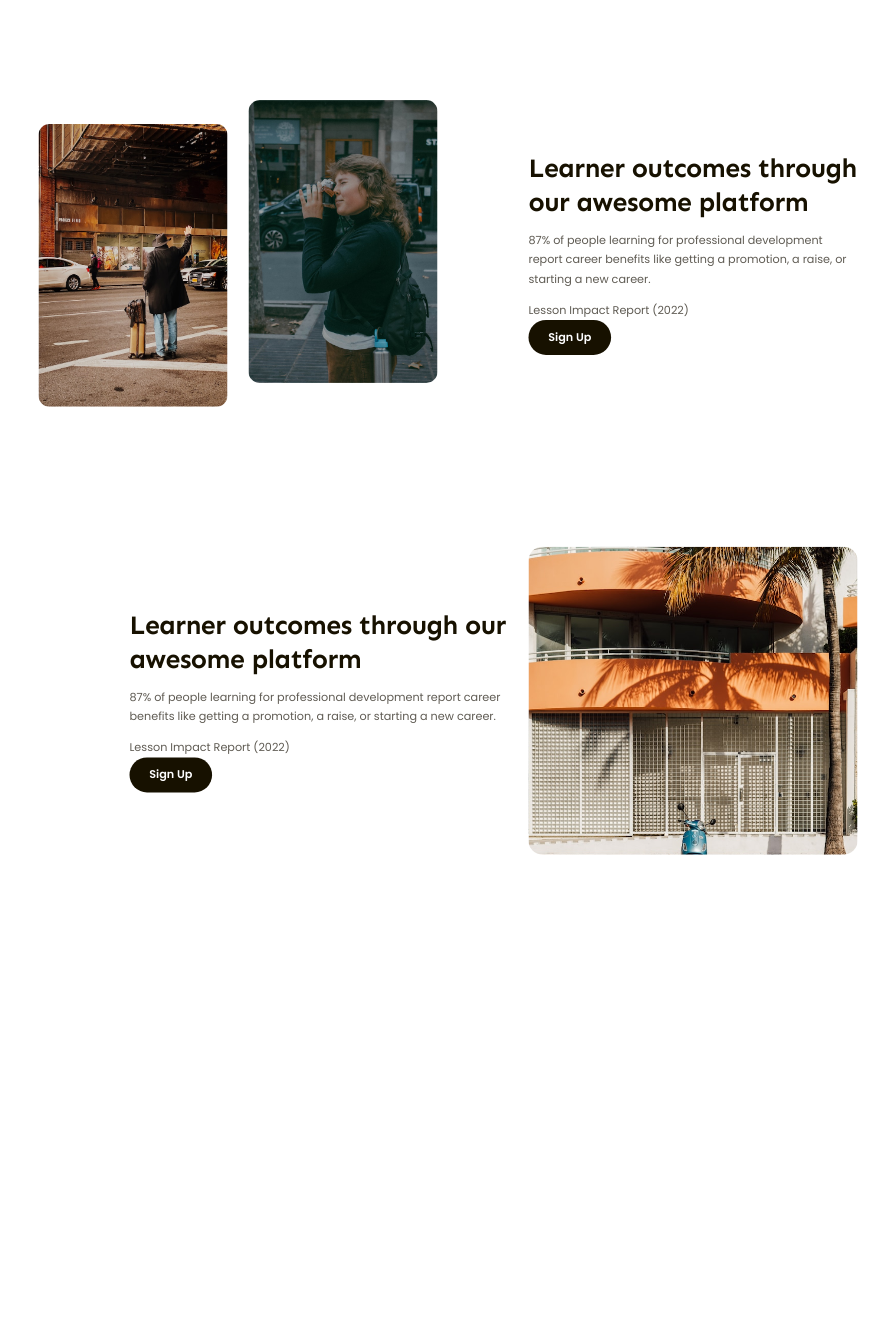
Repository: empty24062002/f8-htmlcss-02-pratice
Page: index.html
These files come from the project's save history. The page is drawn as it stood at one moment and after the next save; the edit follows.
The browser window is 1280 px wide. The pictures show the part of the page from y = 2360 to 4280 px (the page is 5187 px tall), at 70% of full size.
Pictures or frames that could not be fetched are drawn as grey boxes. A picture or video elsewhere on the page could not be fetched, so the positions and the page height are approximate.

Above is the page before, as saved 2023-07-20 09:05:32.

### index.html
<!DOCTYPE html>
<html lang="en">
    <head>
        <meta charset="UTF-8" />
        <meta name="viewport" content="width=device-width, initial-scale=1.0" />
        <title>F8 Project 02 Practice</title>
        <!-- Reset CSS -->
        <link rel="stylesheet" href="./assets/css/reset.css" />
        <!-- Embed font -->
        <link rel="preconnect" href="https://fonts.googleapis.com" />
        <link rel="preconnect" href="https://fonts.gstatic.com" crossorigin />
        <link
            href="https://fonts.googleapis.com/css2?family=Poppins:wght@400;500;600;700&family=Sen:wght@700&display=swap"
            rel="stylesheet"
        />
        <link rel="stylesheet" href="./assets/css/styles.css" />
    </head>
    <body>
        <!-- Header -->
        <header class="header fixed">
            <div class="main-content">
                <div class="body">
                    <img
                        src="./assets/img/logo.svg"
                        alt="lesson."
                        class="logo"
                    />
                    <!-- nav -->
                    <nav class="nav">
                        <ul>
                            <li class="active">
                                <a href="#!">Home</a>
                            </li>
                            <li>
                                <a href="#!">Courses</a>
                            </li>
                            <li>
                                <a href="#!">Pricing</a>
                            </li>
                            <li>
                                <a href="#!">Reviews</a>
                            </li>
                        </ul>
                    </nav>
                    <!-- Action -->
                    <div class="action">
                        <a href="#!" class="btn sign-up-btn">Sign Up</a>
                    </div>
                </div>
            </div>
        </header>
        <main style="height: 5000px">
            <!-- hero -->
            <div class="hero">
                <div class="main-content">
                    <div class="hero-body">
                        <!-- Hero left -->
                        <div class="media-block">
                            <img
                                src="./assets/img/hero-media.jpg"
                                alt="Learn without limits and spread knowledge."
                                class="img"
                            />
                            <div class="hero-summary">
                                <!-- Item 1 -->
                                <div class="item">
                                    <div class="icon">
                                        <img
                                            src="./assets/icons/icon1.svg"
                                            alt=""
                                        />
                                    </div>
                                    <div class="info">
                                        <p class="lable">20 Courses</p>
                                        <p class="title">UI/UX Design</p>
                                    </div>
                                </div>
                                <!-- Item 2 -->
                                <div class="item">
                                    <div class="icon">
                                        <img
                                            src="./assets/icons/icon2.svg"
                                            alt=""
                                        />
                                    </div>
                                    <div class="info">
                                        <p class="lable">20 Courses</p>
                                        <p class="title">Development</p>
                                    </div>
                                </div>
                                <!-- Item 3 -->
                                <div class="item">
                                    <div class="icon">
                                        <img
                                            src="./assets/icons/icon 3.svg"
                                            alt=""
                                        />
                                    </div>
                                    <div class="info">
                                        <p class="lable">30 Courses</p>
                                        <p class="title">Marketing</p>
                                    </div>
                                </div>
                            </div>
                        </div>
                        <!-- Hero right -->
                        <div class="content-block">
                            <h1 class="heading lv1">
                                Learn without limits and spread knowledge.
                            </h1>
                            <p class="desc">
                                Build new skills for that “this is my year”
                                feeling with courses, certificates, and degrees
                                from world-class universities and companies.
                            </p>
                            <div class="cta-group">
                                <a href="" class="btn cta-btn">See Courses</a>
                                <button class="watch-video">
                                    <div class="icon">
                                        <img
                                            src="./assets/icons/watch-video.svg"
                                            alt=""
                                        />
                                    </div>
                                    <span>Watch video</span>
                                </button>
                            </div>
                            <p class="desc">Recent engagement</p>
                            <p class="desc stats">
                                <strong>50K</strong> Students
                                <strong>70+</strong> Courses
                            </p>
                        </div>
                    </div>
                </div>
            </div>
            <!-- Popular -->
            <div class="popular">
                <div class="main-content">
                    <div class="popular-top">
                        <div class="info">
                            <h2 class="heading lv2">Our popular courses</h2>
                            <p class="desc">
                                Build new skills with new trendy courses and
                                shine for the next future career.
                            </p>
                        </div>
                        <div class="controls">
                            <button class="control-btn">
                                <svg
                                    width="8"
                                    height="14"
                                    viewBox="0 0 8 14"
                                    fill="none"
                                    xmlns="http://www.w3.org/2000/svg"
                                >
                                    <path
                                        d="M7 1L1 7L7 13"
                                        stroke="currentColor"
                                        stroke-linecap="round"
                                        stroke-linejoin="round"
                                    />
                                </svg>
                            </button>
                            <button class="control-btn">
                                <svg
                                    width="8"
                                    height="14"
                                    viewBox="0 0 8 14"
                                    fill="none"
                                    xmlns="http://www.w3.org/2000/svg"
                                >
                                    <path
                                        d="M1 1L7 7L1 13"
                                        stroke="currentColor"
                                        stroke-linecap="round"
                                        stroke-linejoin="round"
                                    />
                                </svg>
                            </button>
                        </div>
                    </div>
                    <div class="course-list">
                        <!-- Course item 1 -->
                        <div class="course-item">
                            <a href="#!">
                                <img
                                    src="./assets/img/popular-1.jpg"
                                    alt=""
                                    class="thumb"
                                />
                            </a>
                            <div class="info">
                                <div class="head">
                                    <h3 class="title">
                                        <a href="" class="line-clamp break-all"
                                            >Basic web design</a
                                        >
                                    </h3>
                                    <div class="rating">
                                        <img
                                            src="./assets/icons/star.svg"
                                            alt=""
                                            class="star"
                                        />
                                        <span class="value">4.5</span>
                                    </div>
                                </div>
                                <p class="desc line-clamp line-2 break-all">
                                    Get the best course, gain knowledge and
                                    shine for your future career.
                                </p>
                                <div class="foot">
                                    <span class="price"> $120.75 </span>
                                    <a href="#!" class="btn book-btn"
                                        >Book Now</a
                                    >
                                </div>
                            </div>
                        </div>
                        <!-- Course item 2 -->
                        <div class="course-item">
                            <a href="#!">
                                <img
                                    src="./assets/img/popular-2.jpg"
                                    alt=""
                                    class="thumb"
                                />
                            </a>
                            <div class="info">
                                <div class="head">
                                    <h3 class="title">
                                        <a
                                            href="#!"
                                            class="line-clamp break-all"
                                            >UI/UX design</a
                                        >
                                    </h3>
                                    <div class="rating">
                                        <img
                                            src="./assets/icons/star.svg"
                                            alt=""
                                            class="star"
                                        />
                                        <span class="value">4.5</span>
                                    </div>
                                </div>
                                <p class="desc line-clamp line-2 break-all">
                                    Get the best course, gain knowledge and
                                    shine for your future career.
                                </p>
                                <div class="foot">
                                    <span class="price"> $120.75 </span>
                                    <a href="#!" class="btn book-btn"
                                        >Book Now</a
                                    >
                                </div>
                            </div>
                        </div>
                        <!-- Course Item 3 -->
                        <div class="course-item">
                            <a href="#!">
                                <img
                                    src="./assets/img/popular-3.jpg"
                                    alt=""
                                    class="thumb"
                                />
                            </a>
                            <div class="info">
                                <div class="head">
                                    <h3 class="title">
                                        <a
                                            href="#!"
                                            class="line-clamp break-all"
                                            >Basic web design</a
                                        >
                                    </h3>
                                    <div class="rating">
                                        <img
                                            src="./assets/icons/star.svg"
                                            alt=""
                                            class="star"
                                        />
                                        <span class="value">4.5</span>
                                    </div>
                                </div>
                                <p class="desc line-clamp line-2 break-all">
                                    Get the best course, gain knowledge and
                                    shine for your future career.
                                </p>
                                <div class="foot">
                                    <span class="price"> $120.75 </span>
                                    <a href="#!" class="btn book-btn"
                                        >Book Now</a
                                    >
                                </div>
                            </div>
                        </div>
                    </div>
                </div>
            </div>
            <!-- Feedback -->
            <div class="feedback">
                <div class="main-content">
                    <div class="feedback-list">
                        <!-- Item 1 -->
                        <div class="feedback-item">
                            <div class="info">
                                <img
                                    src="./assets/img/avatar.jpg"
                                    alt="Peter Moor"
                                    class="avatar"
                                />
                                <p class="title">Peter Moor</p>
                                <p class="desc">Student of Web Design</p>
                                <div class="dots">
                                    <span class="dot"></span>
                                    <span class="dot active"></span>
                                    <span class="dot"></span>
                                </div>
                            </div>
                            <div class="content">
                                <img
                                    src="./assets/icons/open-blockquote.svg"
                                    alt=""
                                />
                                <blockquote>
                                    Not only does my resume look
                                    impressive—filled with the names and logos
                                    of world-class institutions—but these
                                    certificates also bring me closer to my
                                    career goals by validating the skills I've
                                    learned."
                                </blockquote>
                            </div>
                        </div>
                        <!-- Item 2 -->
                        <div class="feedback-item">
                            <div class="info">
                                <img
                                    src="./assets/img/avatar.jpg"
                                    alt="Peter Moor"
                                    class="avatar"
                                />
                                <p class="title">Peter Moor</p>
                                <p class="desc">Student of Web Design</p>
                                <div class="dots">
                                    <span class="dot"></span>
                                    <span class="dot active"></span>
                                    <span class="dot"></span>
                                </div>
                            </div>
                            <div class="content">
                                <img
                                    src="./assets/icons/open-blockquote.svg"
                                    alt=""
                                />
                                <blockquote>
                                    Not only does my resume look
                                    impressive—filled with the names and logos
                                    of world-class institutions—but these
                                    certificates also bring me closer to my
                                    career goals by validating the skills I've
                                    learned."
                                </blockquote>
                            </div>
                        </div>
                        <!-- Item 3 -->
                        <div class="feedback-item">
                            <div class="info">
                                <img
                                    src="./assets/img/avatar.jpg"
                                    alt="Peter Moor"
                                    class="avatar"
                                />
                                <p class="title">Peter Moor</p>
                                <p class="desc">Student of Web Design</p>
                                <div class="dots">
                                    <span class="dot"></span>
                                    <span class="dot active"></span>
                                    <span class="dot"></span>
                                </div>
                            </div>
                            <div class="content">
                                <img
                                    src="./assets/icons/open-blockquote.svg"
                                    alt=""
                                />
                                <blockquote>
                                    Not only does my resume look
                                    impressive—filled with the names and logos
                                    of world-class institutions—but these
                                    certificates also bring me closer to my
                                    career goals by validating the skills I've
                                    learned."
                                </blockquote>
                            </div>
                        </div>
                    </div>
                </div>
            </div>
            <!-- Features 1 -->
            <div class="features">
                <div class="main-content">
                    <div class="body">
                        <div class="images">
                            <img
                                src="./assets/img/features-1.jpg"
                                alt="Learner outcomes through our awesome platform"
                                class="lower"
                            />
                            <img
                                src="./assets/img/features-2.jpg"
                                alt="Learner outcomes through our awesome platform"
                            />
                        </div>
                        <div class="info">
                            <h2 class="heading lv2">
                                Learner outcomes through our awesome platform
                            </h2>
                            <p class="desc">
                                87% of people learning for professional
                                development report career benefits like getting
                                a promotion, a raise, or starting a new career.
                            </p>
                            <p class="desc">Lesson Impact Report (2022)</p>
                            <a href="" class="btn features-btn">Sign Up</a>
                        </div>
                    </div>
                </div>
            </div>
            <!-- Features 2 -->
            <div class="features features-2">
                <div class="main-content">
                    <div class="body">
                        <div class="images">
                            <img
                                src="./assets/img/features-3.jpg"
                                alt="Learner outcomes through our awesome platform"
                            />
                        </div>
                        <div class="info">
                            <h2 class="heading lv2">
                                Learner outcomes through our awesome platform
                            </h2>
                            <p class="desc">
                                87% of people learning for professional
                                development report career benefits like getting
                                a promotion, a raise, or starting a new career.
                            </p>
                            <p class="desc">Lesson Impact Report (2022)</p>
                            <a href="" class="btn features-btn">Sign Up</a>
                        </div>
                    </div>
                </div>
            </div>
        </main>
    </body>
</html>

Loaded but not shown: assets/css/reset.css (common file); assets/css/styles.css (551 lines, source omitted)

After the next save:
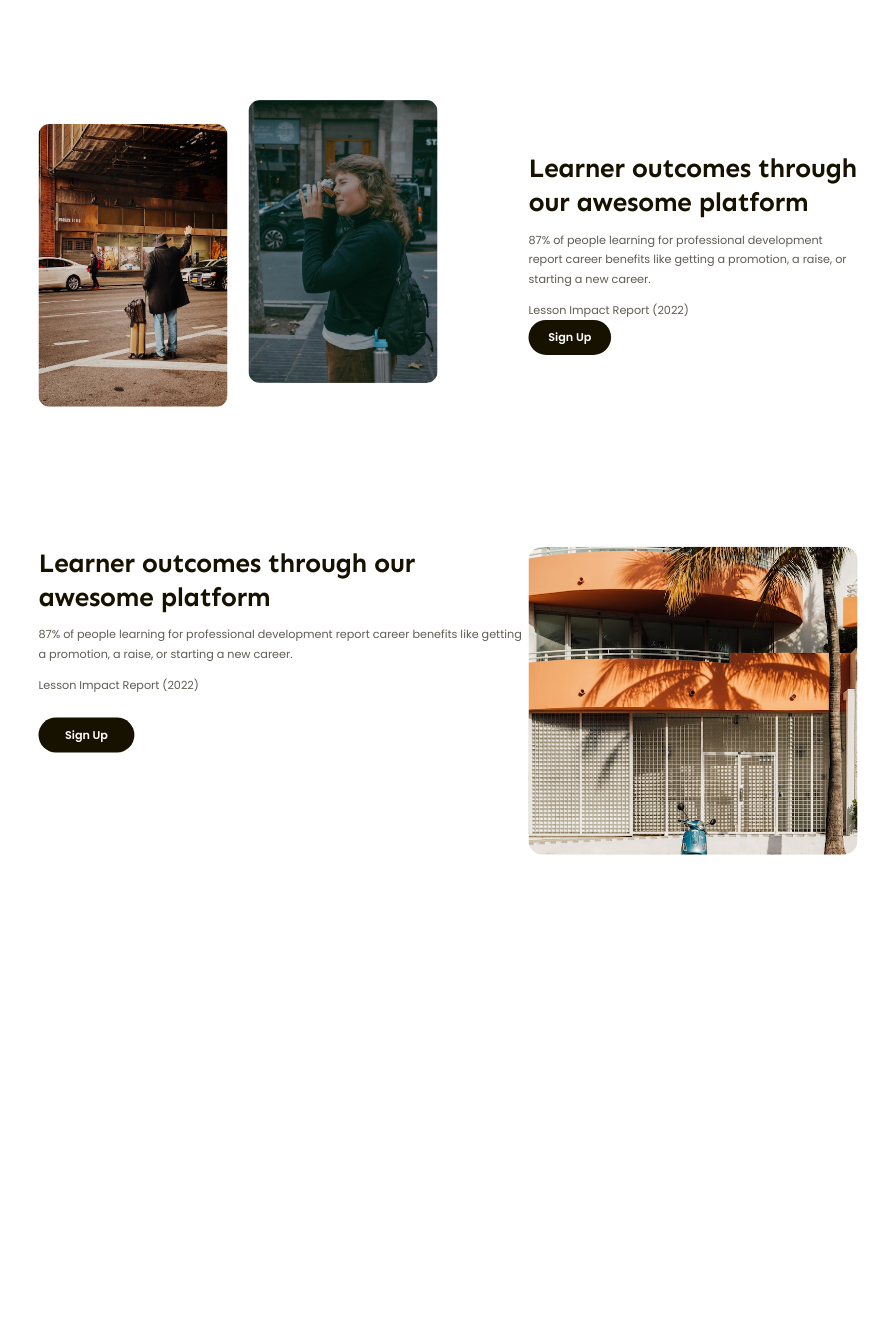
Saved 1 s later.
--- a/index.html
+++ b/index.html
@@ -439,7 +439,7 @@
                                 alt="Learner outcomes through our awesome platform"
                             />
                         </div>
-                        <div class="info">
+                        <div class="content">
                             <h2 class="heading lv2">
                                 Learner outcomes through our awesome platform
                             </h2>
